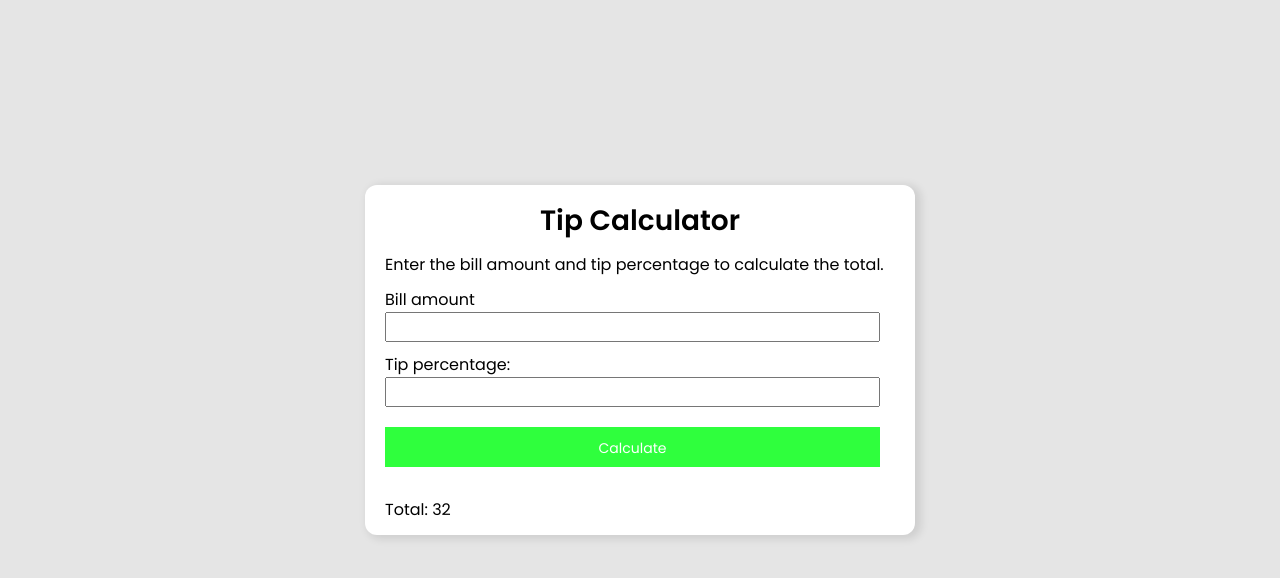
Repository: Ankitkr2021/Tip-Calculator
Page: index.html
The author's editor kept a copy of each file at every save. The page is drawn from the files as they stood at one save, then again after the next save.
The browser window is 1280 px wide. The pictures show the whole page.

Above is the page before, as saved 2025-10-27 10:57:41.

### index.html
<!DOCTYPE html>
<html lang="en">
<head>
    <meta charset="UTF-8">
    <meta name="viewport" content="width=device-width, initial-scale=1.0">
    <title>Tip Calculator</title>
    <link rel="stylesheet" href="./style.css">
</head>
<body>
    <div class="box">
        <h2>Tip Calculator</h2>
        <p>Enter the bill amount and tip percentage to calculate the total.</p>
        <p>Bill amount</p>
        <input type="number">
        <p>Tip percentage:</p>
        <input type="number">
        <button>Calculate</button>
        <p>Total: <span>32</span></p>
    </div>
</body>
</html>

### style.css
@import url('https://fonts.googleapis.com/css2?family=Poppins:wght@300;400;500;600;700&display=swap');

*{
    margin: 0;
    padding: 0;
    box-sizing: border-box;
    font-family: "Poppins",sans-serif;
}

body {
    height: 100vh;
    width: 100%;
    display: flex;
    align-items: center;
    justify-content: center;
    background: rgba(0,0,0,0.1);
}

.box {
    background: #fff;
    height: 350px;
    width: 550px;
    box-shadow: 4px 2px 8px 2px rgba(0,0,0,0.1);
    border-radius: 12px;
}

h2{
    text-align: center;
    padding: 15px 0 0 0;
    font-size: 28px;
    font-weight: 600;
}

p{
    padding: 10px 10px 0 10px ;
    margin-left: 10px;

}

input {
    width: 90%;
    height: 30px;
    margin-left: 20px;
}

button {
    padding: 3px 0 0 0;
    width: 90%;
    margin: 20px;
    height: 40px;
    background: rgb(47, 255, 61);
    border: none;
    color: #fff;
    font-size: 14px;
}

After the next save:
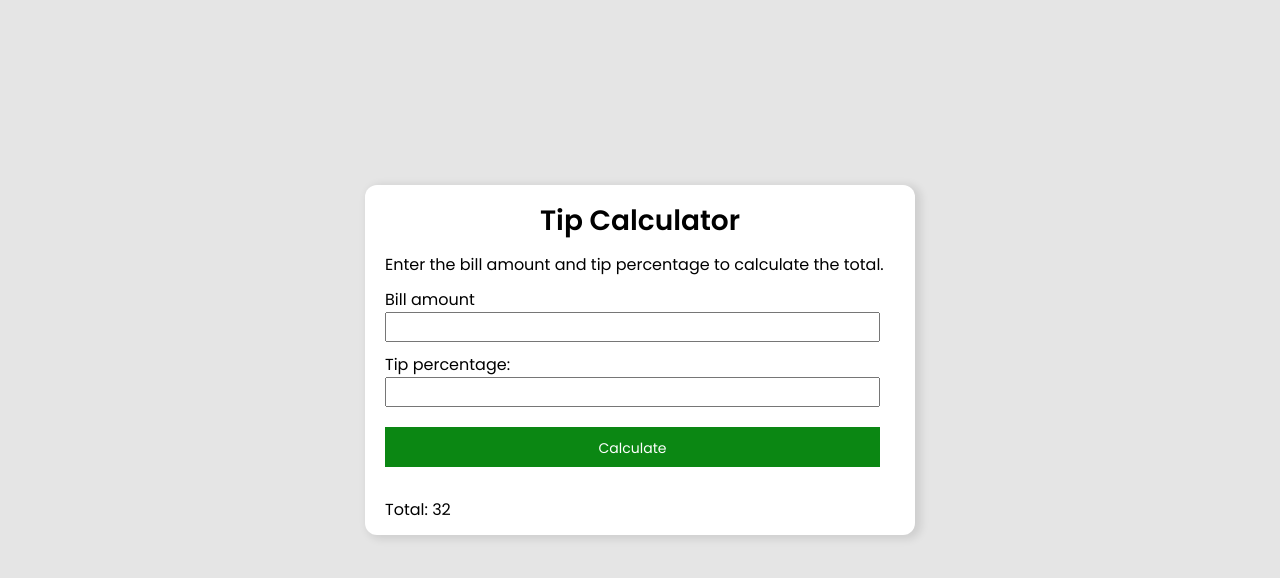
Saved 4 s later.
--- a/style.css
+++ b/style.css
@@ -48,7 +48,7 @@ button {
     width: 90%;
     margin: 20px;
     height: 40px;
-    background: rgb(47, 255, 61);
+    background: rgb(11, 135, 19);
     border: none;
     color: #fff;
     font-size: 14px;
